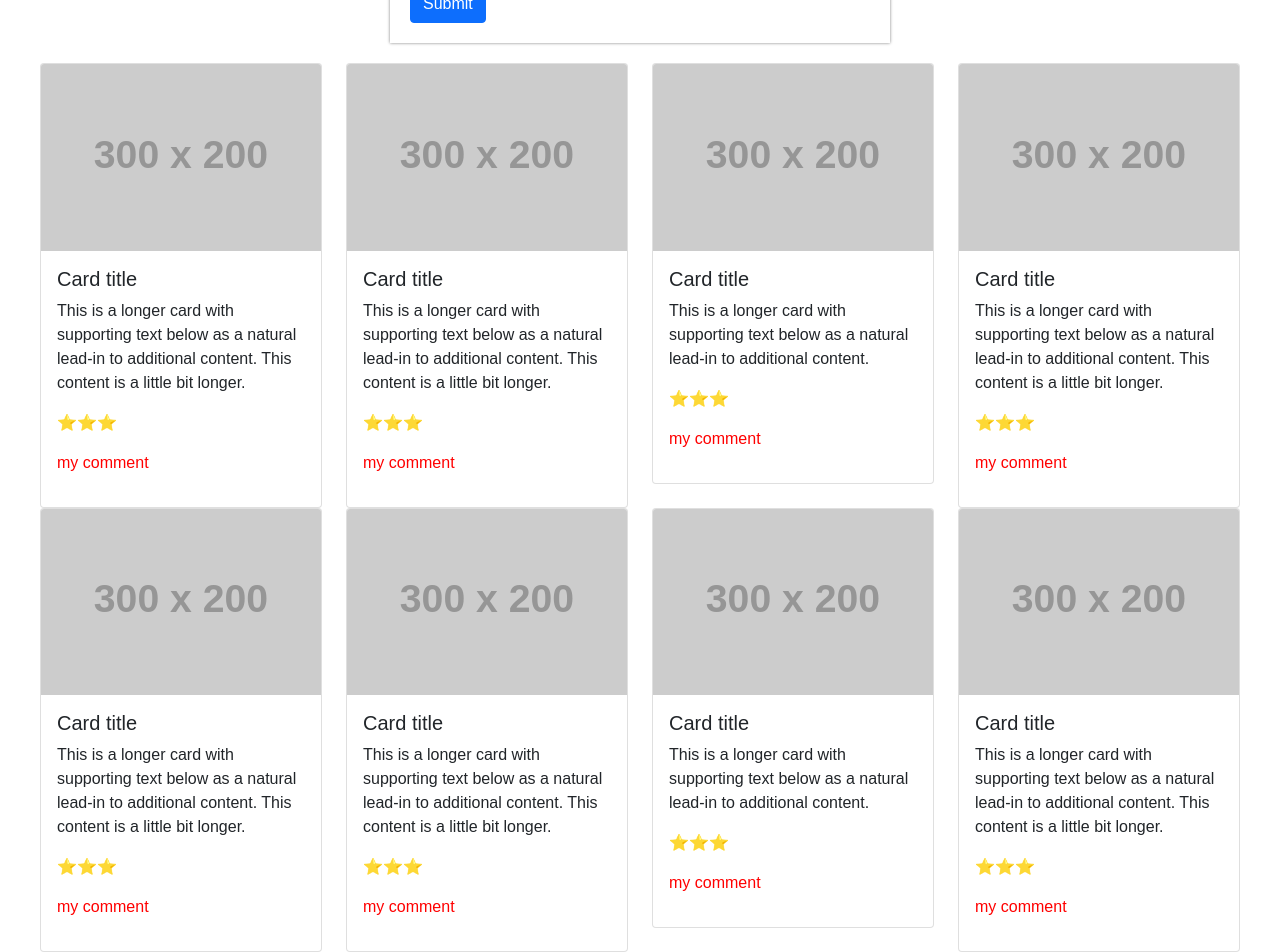
Repository: sinayaka-body/sparta
Page: frontend/test2.html
An editor plug-in stored every save of this project. The page is shown before and after the next save, followed by the edit.
The browser window is 1280 px wide. The pictures show the part of the page from y = 502 to 1454 px (the page is 1454 px tall).
Some web fonts or font styles are not loaded; a fallback is used.

Above is the page before, as saved 2023-04-15 17:03:40.

### frontend/test2.html
<!DOCTYPE html>
<html lang="en">
  <head>
    <meta charset="utf-8" />
    <meta name="viewport" content="width=device-width, initial-scale=1, shrink-to-fit=no" />

    <link href="https://cdn.jsdelivr.net/npm/bootstrap@5.0.2/dist/css/bootstrap.min.css" rel="stylesheet" integrity="sha384-EVSTQN3/azprG1Anm3QDgpJLIm9Nao0Yz1ztcQTwFspd3yD65VohhpuuCOmLASjC" crossorigin="anonymous" />
    <script src="https://ajax.googleapis.com/ajax/libs/jquery/3.5.1/jquery.min.js"></script>
    <script src="https://cdn.jsdelivr.net/npm/bootstrap@5.0.2/dist/js/bootstrap.bundle.min.js" integrity="sha384-MrcW6ZMFYlzcLA8Nl+NtUVF0sA7MsXsP1UyJoMp4YLEuNSfAP+JcXn/tWtIaxVXM" crossorigin="anonymous"></script>

    <title>Spartapedia</title>

    <style>
      @import url("https://fonts.googleapis.com/css2?family=Gowun+Dodum&display=swap");

      * {
        font-family: "Hahmlet", sans-serif;
      }

      .mytitle {
        width: 100%;
        height: 250px;

        background-image: linear-gradient(0deg, rgba(0, 0, 0, 0.5), rgba(0, 0, 0, 0.5)), url("https://movie-phinf.pstatic.net/20210715_95/1626338192428gTnJl_JPEG/movie_image.jpg");
        background-position: center;
        background-size: cover;

        color: white;

        display: flex;
        flex-direction: column;
        align-items: center;
        justify-content: center;
      }

      .mytitle > button {
        width: 200px;
        height: 50px;

        background-color: transparent;
        color: white;

        border-radius: 50px;
        border: 1px solid white;

        margin-top: 10px;
      }

      .mytitle > button:hover {
        border: 2px solid white;
      }

      .mycards {
        margin: 20px auto 0px auto;
        width: 95%;
        max-width: 1200px;
      }

      .mypost {
        width: 95%;
        max-width: 500px;
        margin: 20px auto 0px auto;
        padding: 20px;
        box-shadow: 0px 0px 3px 0px gray;
      }

      .mybtns {
        display: flex;
        flex-direction: row;
        align-items: center;
        justify-content: center;
        margin-top: 20px;
      }

      .mybtns > button {
        margin-right: 10px;
      }
    </style>
  </head>

  <body>
    <div class="mytitle">
      <h1>My favorite movies</h1>
      <button>Save a new movie</button>
    </div>

    <div class="mypost">
      <form>
        <div class="mb-3">
          <label for="exampleInputEmail1" class="form-label">Email address</label>
          <input type="email" class="form-control" id="exampleInputEmail1" aria-describedby="emailHelp" />
          <div id="emailHelp" class="form-text">We'll never share your email with anyone else.</div>
        </div>
        <div class="mb-3">
          <label for="exampleInputPassword1" class="form-label">Password</label>
          <input type="password" class="form-control" id="exampleInputPassword1" />
        </div>
        <button type="submit" class="btn btn-primary">Submit</button>
      </form>
    </div>

    <div class="mycards">
      <div class="row row-cols-1 row-cols-md-4 g-4">
        <div class="col">
          <div class="card">
            <img src="https://placehold.jp/300x200.png" class="card-img-top" alt="..." />
            <div class="card-body">
              <h5 class="card-title">Card title</h5>
              <p class="card-text">This is a longer card with supporting text below as a natural lead-in to additional content. This content is a little bit longer.</p>
              <p>⭐⭐⭐</p>
              <p style="color: red">my comment</p>
            </div>
          </div>
        </div>
        <div class="col">
          <div class="card">
            <img src="https://placehold.jp/300x200.png" class="card-img-top" alt="..." />
            <div class="card-body">
              <h5 class="card-title">Card title</h5>
              <p class="card-text">This is a longer card with supporting text below as a natural lead-in to additional content. This content is a little bit longer.</p>
              <p>⭐⭐⭐</p>
              <p style="color: red">my comment</p>
            </div>
          </div>
        </div>
        <div class="col">
          <div class="card">
            <img src="https://placehold.jp/300x200.png" class="card-img-top" alt="..." />
            <div class="card-body">
              <h5 class="card-title">Card title</h5>
              <p class="card-text">This is a longer card with supporting text below as a natural lead-in to additional content.</p>
              <p>⭐⭐⭐</p>
              <p style="color: red">my comment</p>
            </div>
          </div>
        </div>
        <div class="col">
          <div class="card">
            <img src="https://placehold.jp/300x200.png" class="card-img-top" alt="..." />
            <div class="card-body">
              <h5 class="card-title">Card title</h5>
              <p class="card-text">This is a longer card with supporting text below as a natural lead-in to additional content. This content is a little bit longer.</p>
              <p>⭐⭐⭐</p>
              <p style="color: red">my comment</p>
            </div>
          </div>
        </div>
      </div>
      <div class="row row-cols-1 row-cols-md-4 g-4">
        <div class="col">
          <div class="card">
            <img src="https://placehold.jp/300x200.png" class="card-img-top" alt="..." />
            <div class="card-body">
              <h5 class="card-title">Card title</h5>
              <p class="card-text">This is a longer card with supporting text below as a natural lead-in to additional content. This content is a little bit longer.</p>
              <p>⭐⭐⭐</p>
              <p style="color: red">my comment</p>
            </div>
          </div>
        </div>
        <div class="col">
          <div class="card">
            <img src="https://placehold.jp/300x200.png" class="card-img-top" alt="..." />
            <div class="card-body">
              <h5 class="card-title">Card title</h5>
              <p class="card-text">This is a longer card with supporting text below as a natural lead-in to additional content. This content is a little bit longer.</p>
              <p>⭐⭐⭐</p>
              <p style="color: red">my comment</p>
            </div>
          </div>
        </div>
        <div class="col">
          <div class="card">
            <img src="https://placehold.jp/300x200.png" class="card-img-top" alt="..." />
            <div class="card-body">
              <h5 class="card-title">Card title</h5>
              <p class="card-text">This is a longer card with supporting text below as a natural lead-in to additional content.</p>
              <p>⭐⭐⭐</p>
              <p style="color: red">my comment</p>
            </div>
          </div>
        </div>
        <div class="col">
          <div class="card">
            <img src="https://placehold.jp/300x200.png" class="card-img-top" alt="..." />
            <div class="card-body">
              <h5 class="card-title">Card title</h5>
              <p class="card-text">This is a longer card with supporting text below as a natural lead-in to additional content. This content is a little bit longer.</p>
              <p>⭐⭐⭐</p>
              <p style="color: red">my comment</p>
            </div>
          </div>
        </div>
      </div>
    </div>
  </body>
</html>

After the next save:
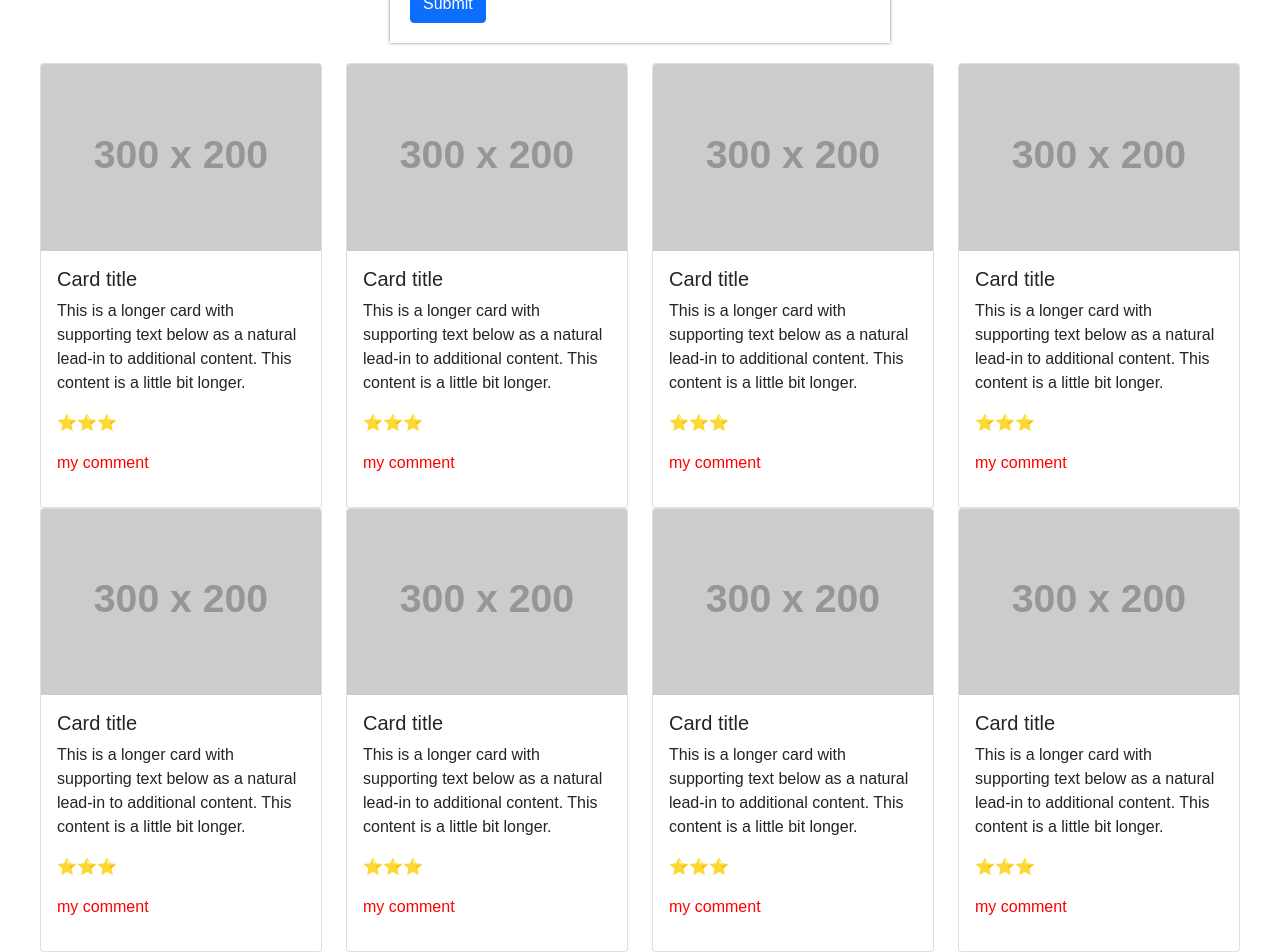
Saved 80 s later.
--- a/frontend/test2.html
+++ b/frontend/test2.html
@@ -128,7 +128,7 @@
             <img src="https://placehold.jp/300x200.png" class="card-img-top" alt="..." />
             <div class="card-body">
               <h5 class="card-title">Card title</h5>
-              <p class="card-text">This is a longer card with supporting text below as a natural lead-in to additional content.</p>
+              <p class="card-text">This is a longer card with supporting text below as a natural lead-in to additional content. This content is a little bit longer.</p>
               <p>⭐⭐⭐</p>
               <p style="color: red">my comment</p>
             </div>
@@ -174,7 +174,7 @@
             <img src="https://placehold.jp/300x200.png" class="card-img-top" alt="..." />
             <div class="card-body">
               <h5 class="card-title">Card title</h5>
-              <p class="card-text">This is a longer card with supporting text below as a natural lead-in to additional content.</p>
+              <p class="card-text">This is a longer card with supporting text below as a natural lead-in to additional content. This content is a little bit longer.</p>
               <p>⭐⭐⭐</p>
               <p style="color: red">my comment</p>
             </div>
